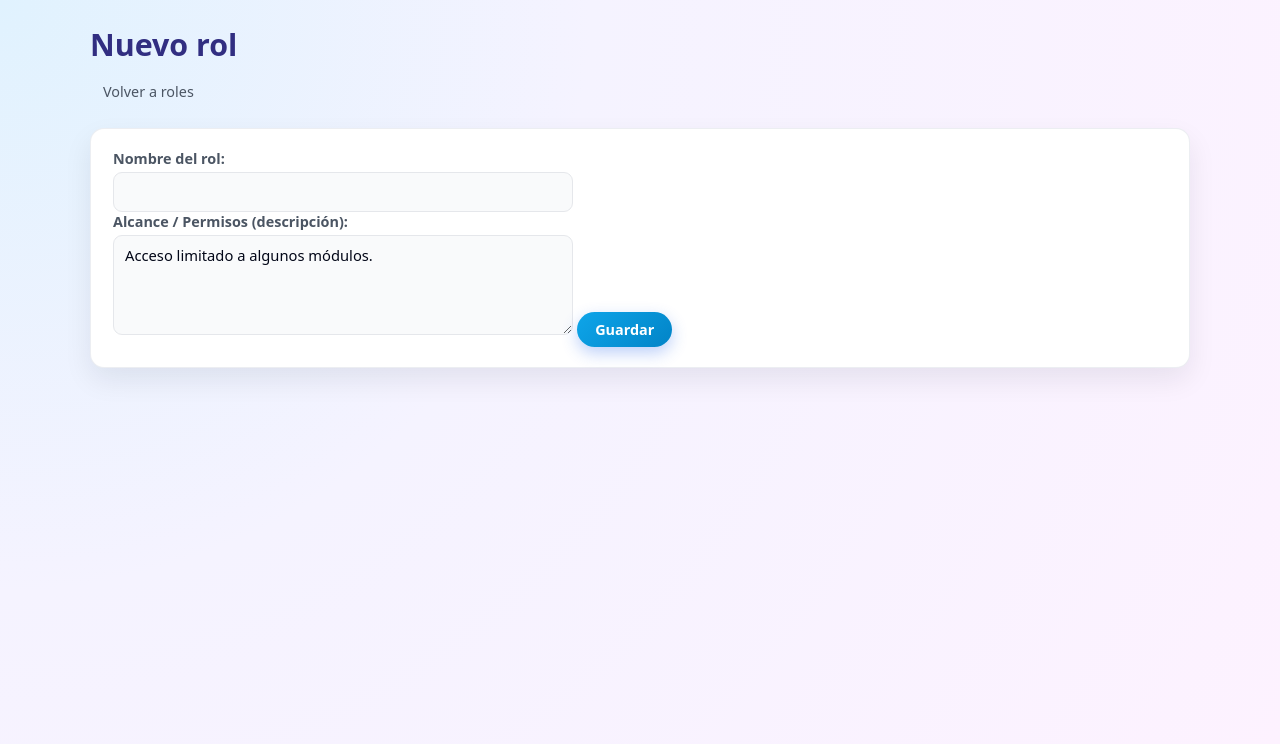
Repository: eleazarrrg/Proyecto-Mesa-Ayuda
Page: http://localhost/mesa-ayuda/rol_form.php
These files come from the project's save history. The page is drawn as it stood at one moment and after the next save; the edit follows.
The browser window is 1280 px wide. The pictures show the whole page.
The page is run by PHP 8.4 with error messages shown; the project is at /var/www/html/. The session is filled in as if someone had signed in: {"user_id": 1, "user_name": "Test User", "role_id": 1}.

Above is the page before, as saved 2025-12-07 13:32:47.

After the next save:
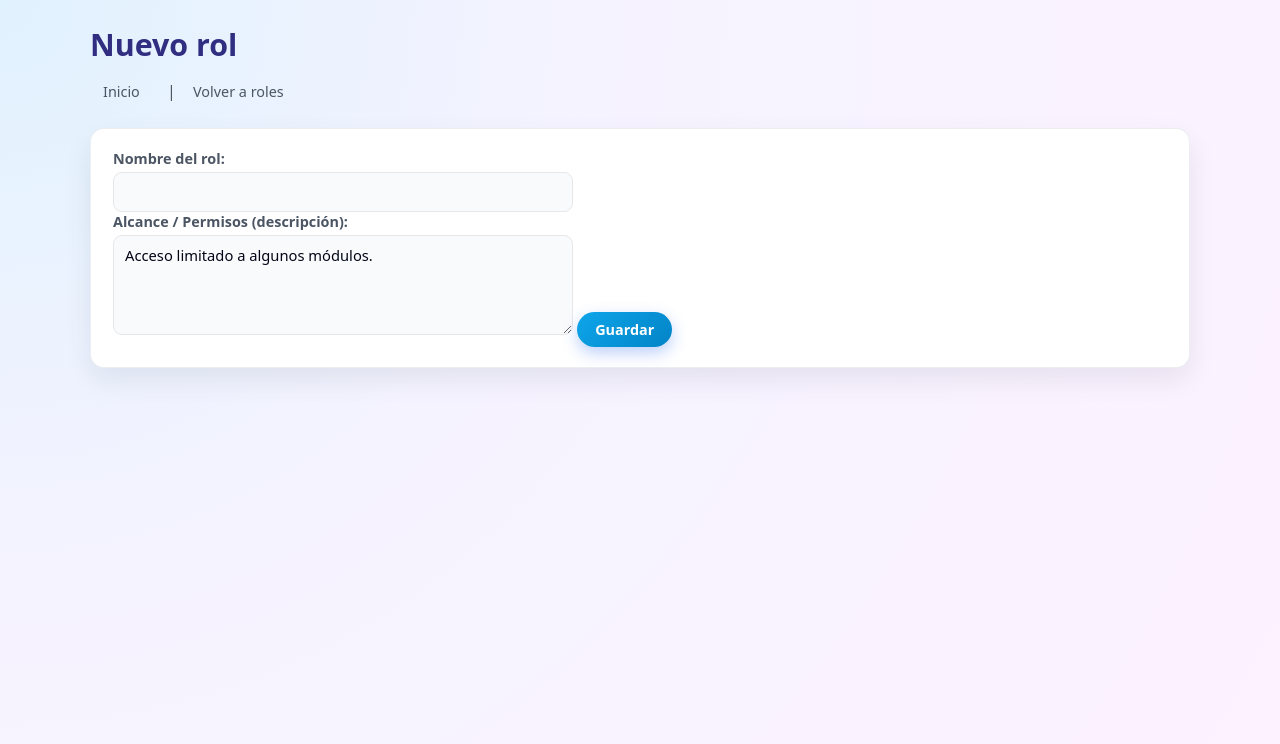
Saved 53 s later.
--- a/public/rol_form.php
+++ b/public/rol_form.php
@@ -74,7 +74,10 @@ if ($_SERVER['REQUEST_METHOD'] === 'POST') {
 <body>
     <h1><?= $editando ? 'Editar' : 'Nuevo'; ?> rol</h1>
 
-    <p><a href="roles.php">Volver a roles</a></p>
+    <p>
+        <a href="dashboard.php">Inicio</a> |
+        <a href="roles.php">Volver a roles</a>
+    </p>
 
     <?php if ($errores): ?>
         <ul style="color:red;">
